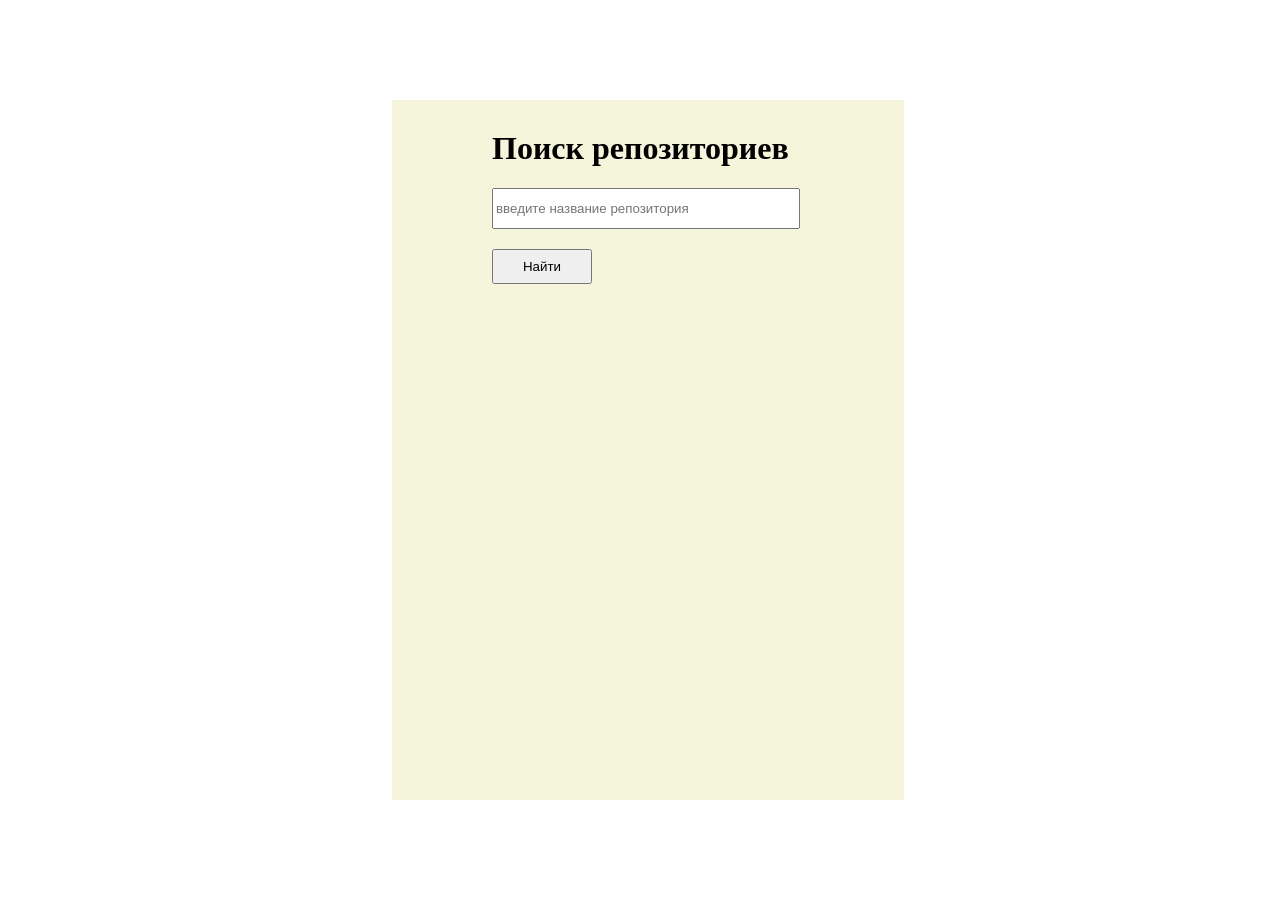
Repository: Grid-Master/repositoriesSearch
Page: index.html
An editor plug-in stored every save of this project. The page is shown before and after the next save, followed by the edit.
The browser window is 1280 px wide. The pictures show the whole page.

Above is the page before, as saved 2023-03-13 22:13:44.

After the next save:
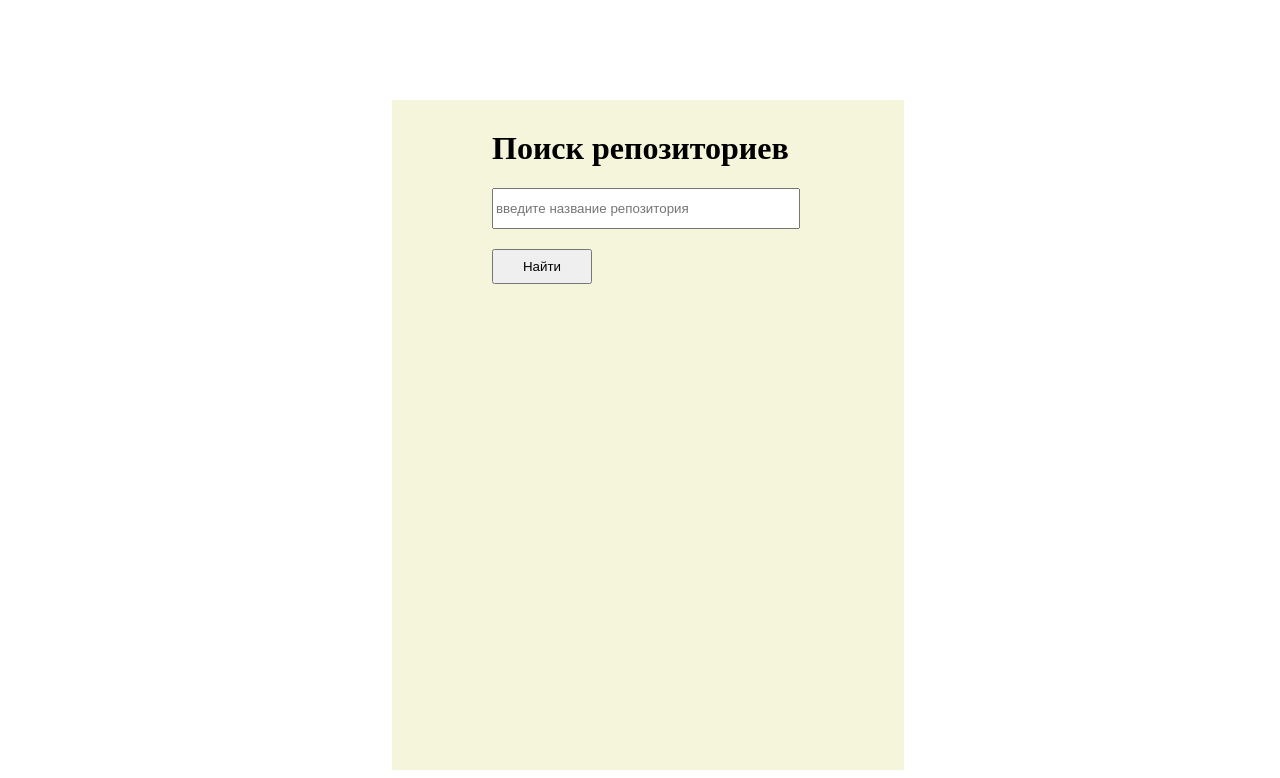
Saved 48 s later.
--- a/index.html
+++ b/index.html
@@ -6,10 +6,12 @@
     <meta name="viewport" content="width=device-width, initial-scale=1.0" />
     <title>git</title>
     <style>
+      body > div {
+        height: 670px;
+      }
       form {
         margin: 100px;
         margin-bottom: 0;
-        height: 670px;
       }
       button {
         width: 100px;
